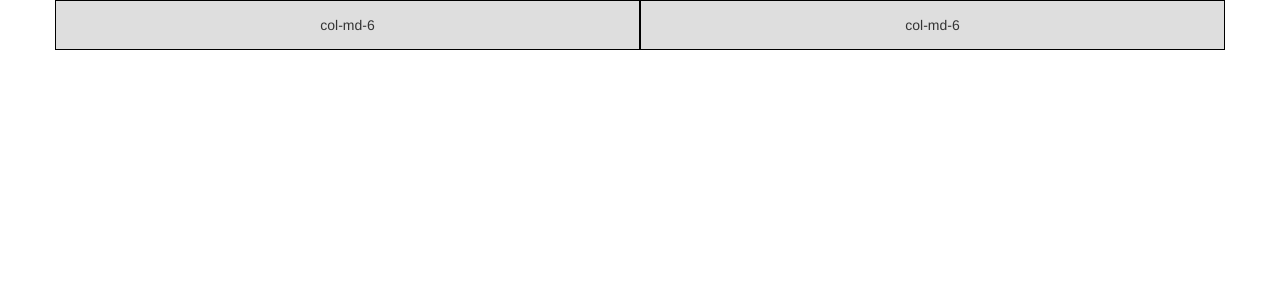
Repository: erika-sugimoto/microposts
Page: bootstrap_lesson.html
The author's editor kept a record of every edit. The page is drawn from the files as they stood at one moment, then again after the next edit.
The browser window is 1280 px wide. The pictures show the whole page.

Above is the page before.

After the next edit:
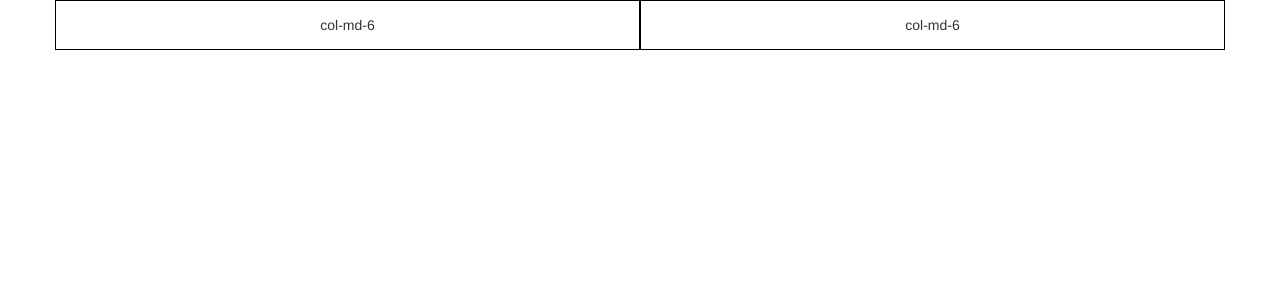
The edit:
--- a/bootstrap_lesson.html
+++ b/bootstrap_lesson.html
@@ -19,7 +19,7 @@
                 border: 1px solid #000;
                 padding: 1em;
                 text-align: center;
-                background-color: #dedede;
+
             }
         </style>
 
